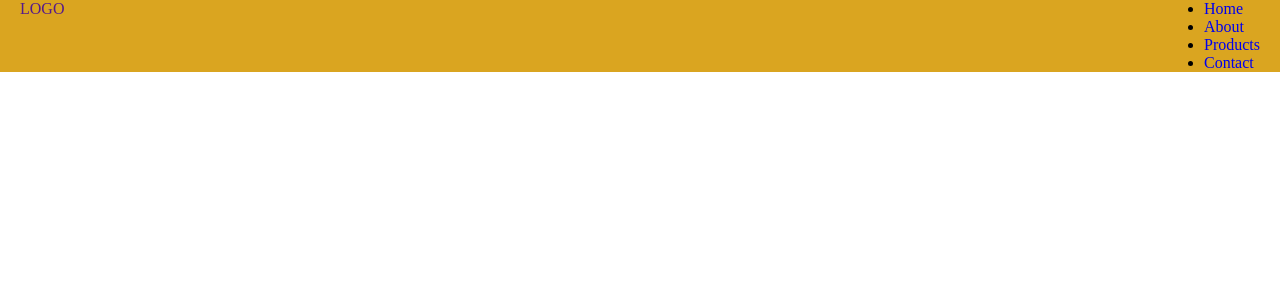
Repository: albayrakfatih/Flex-Navbar
Page: navbar-w-flexbox.html
The author's editor kept a copy of each file at every save. The page is drawn from the files as they stood at one save, then again after a run of saves.
The browser window is 1280 px wide. The pictures show the whole page.

Above is the page before, as saved 2023-05-09 19:44:49.

After the next 3 saves:
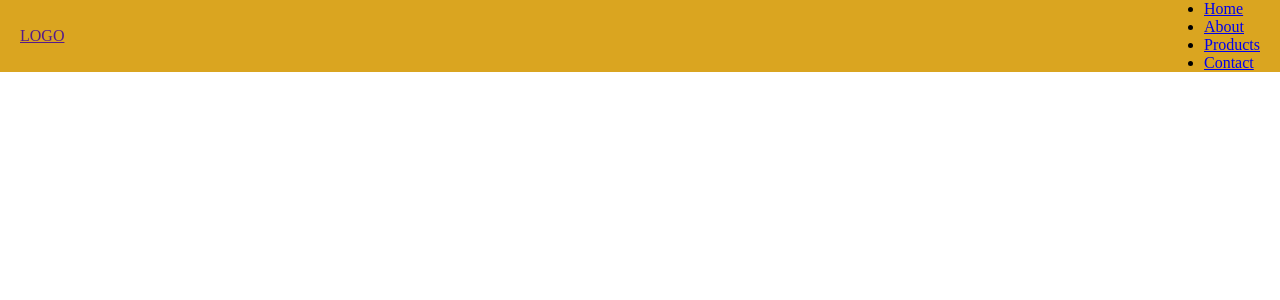
The 3 saves are shown as one change because they came seconds apart.
The last was saved 59 s later.
--- a/styles.css
+++ b/styles.css
@@ -13,5 +13,5 @@
 
 
 nav a{
-    text-decoration: none;
+    align-self: center;
 }
